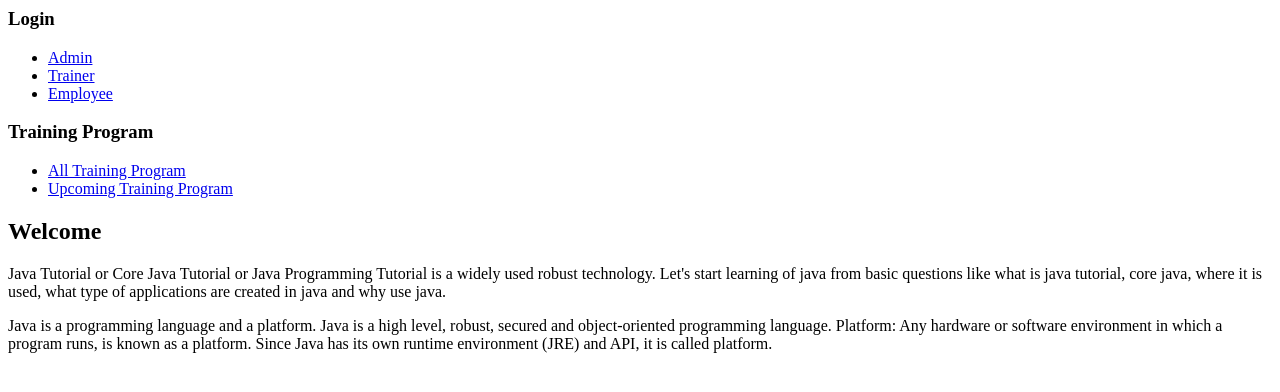
Repository: Dipak27/Dipak-s-front-end
Page: http://localhost/Traning_Management/maincontent.jsp
The author's editor kept a copy of each file at every save. The page is drawn from the files as they stood at one save, then again after the next save.
The browser window is 1280 px wide. The pictures show the whole page.
The page is served by Tomcat 9.

Above is the page before, as saved 2016-11-09 05:21:19.

After the next save:
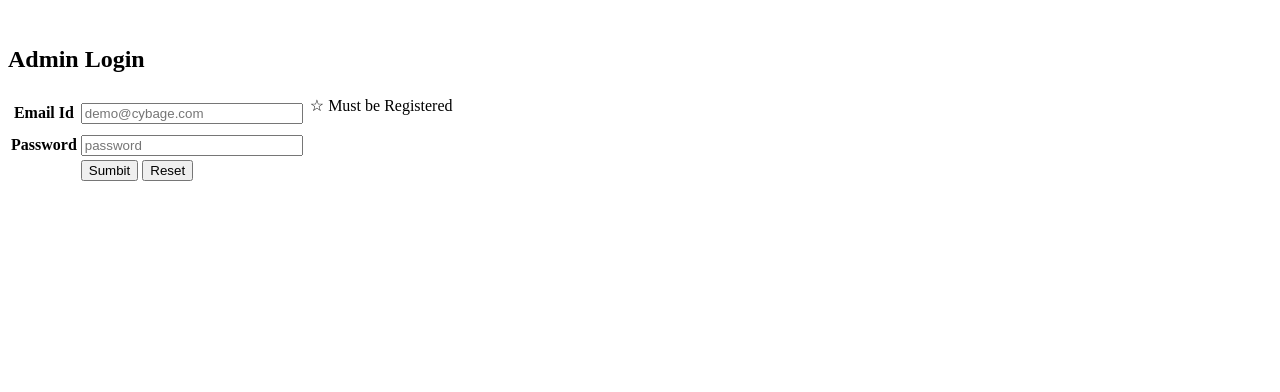
Saved 2 min 34 s later.
--- a/Training Management Project/Traning_Management/src/main/webapp/maincontent.jsp
+++ b/Training Management Project/Traning_Management/src/main/webapp/maincontent.jsp
@@ -1,54 +1,58 @@
-
-<div class="container_24">
+	<div class="container_24">
 		<div class="grid_24">
 			<div class="contents">
-				<div class="grid_6 alpha">
-					<div class="padding_20">
 
-					<div class="accordion nav-sidebar">
-							<h3>Login</h3>
-								<div>
-									<ul>
-										<li><a href="#">Admin</a></li>
-										<li><a href="#">Trainer</a></li>
-										<li><a href="#">Employee</a></li>
-									</ul>
-								</div>
-							<h3>Training Program</h3>
-								<div>
-									<ul>
-										<li><a href="#">All Training Program</a></li>
-										<li><a href="#">Upcoming Training Program</a></li>
-									</ul>
-								</div>
+			<div class="grid_18 omega">
+						 &nbsp;&nbsp;<h2>Admin Login</h2>
+							<div class="padding_20 text-justify">
+								<form id="frmMain" class="frmMain" action="AdminValidationServlet" method="post">
+									<table class="form-table" style="width:auto">
+										<tr>
+											<th>
+												Email Id
+											</th>
+											<td>
+												<input id="email" type="text"  class="validate[required]" name="email" style="width:120%" placeholder="demo@cybage.com" value=""  />
+											</td>
+											<td>
+													<ul class="news-ticker1"><span class="icon">&#9734;</span> Must be Registered</ul>
+											</td>
 
+										</tr>
+
+										<tr>
+											<th>
+												Password
+											</th>
+											<td>
+												<input id="password" type="password"  class="validate[required]" name="password" style="width:120%" placeholder="password" value=""  />
+											</td>
+
+										</tr>
+										<tr>
+											<th>
+												&nbsp;
+											</th>
+											<td>
+												<input id="Submit1" type="submit" value="Sumbit"  />
+												<input id="Reset1" type="reset" value="Reset" onclick="this.form.clear();" />
+											</td>
+										</tr>
+
+									</table>
+								</form>
+							</div>
 						</div>
 
-
+					<div class="clear"></div>
 					</div>
 				</div>
-
-				<div class="grid_16 omega">
-					<div class="padding_20 text-justify">
-								<h2>Welcome</h2>
-						  			<p> Java Tutorial or Core Java Tutorial or Java Programming Tutorial is a widely used robust technology. Let's start learning of java from basic questions like what is java tutorial, core java, where it is used, what type of
-						  			 applications are created in java and why use java.</p>
-						  			 <p>Java is a programming language and a platform.
-
-															Java is a high level, robust, secured and object-oriented programming language.
-
-												Platform: Any hardware or software environment in which a program runs, is known as a platform. Since Java has its own runtime environment (JRE) and API, it is called platform.</p>
-
-
-					</div>
-				</div>
-
-
+			</div>
 
 				<div class="clear"></div>
 				<div class="padding_20 text-justify">
 
 				</div>
-			</div>
+
 		</div>
 	</div>
